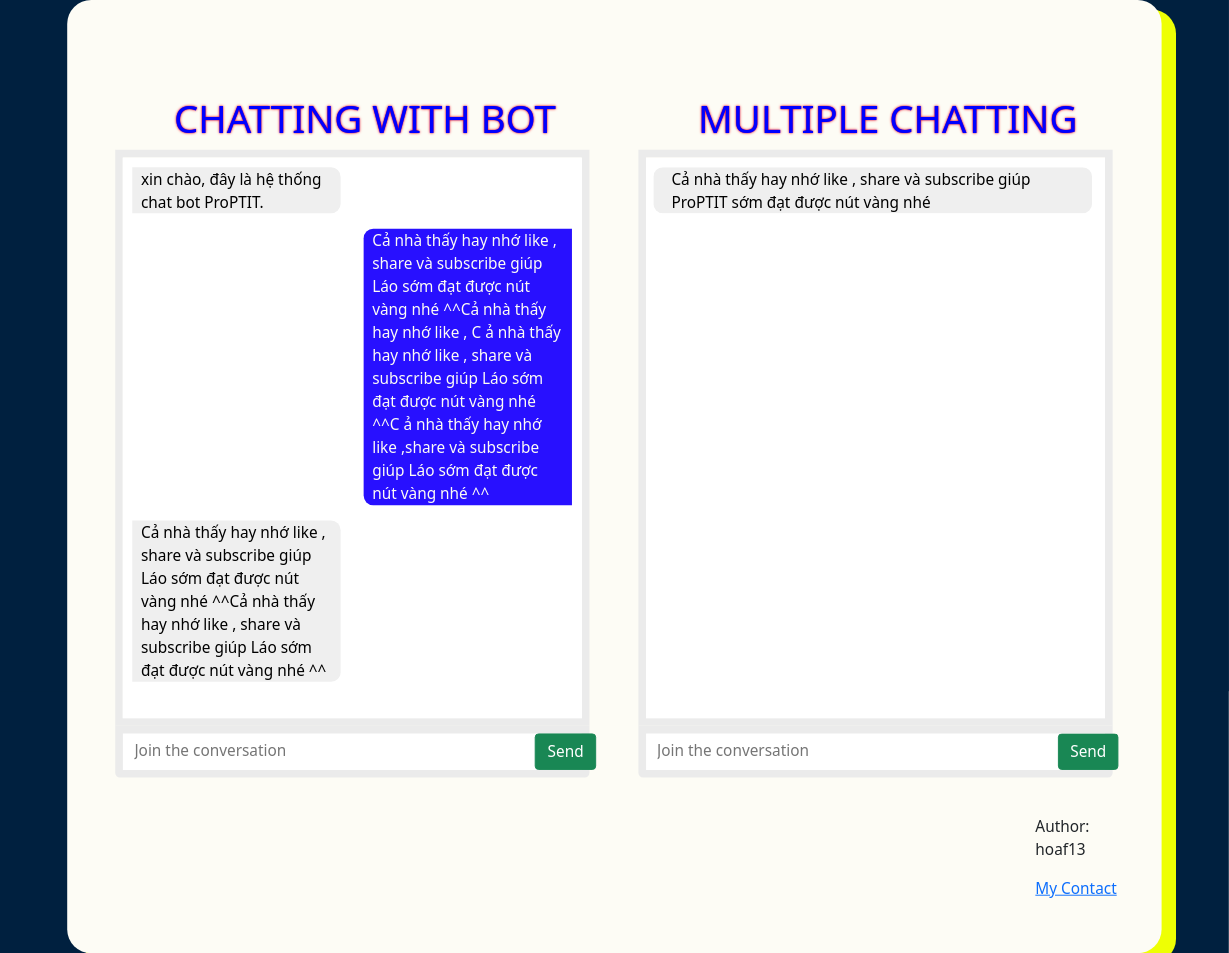
Repository: hoaf13/nlp-chatbot-lol
Page: http://localhost/
These files come from the project's save history. The page is drawn as it stood at one moment and after the next save; the edit follows.
The browser window is 1280 px wide. The pictures show the whole page, at 96% of full size.
Some web libraries are served in a nearby version. The page is served by the project's application, run on Flask 3 (app/__init__.py). Other server files are loaded and not shown.

Above is the page before, as saved 2021-01-24 19:07:48.

### app/templates/pages/index.html
<!DOCTYPE html>
<html>
  <head>
    <meta charset="utf-8">
    <meta name="viewport" content="width=device-width, initial-scale=1">
    <title>Hello</title>
    <script src="https://ajax.googleapis.com/ajax/libs/jquery/2.2.4/jquery.min.js"></script>

    <link rel="stylesheet" type='text/css' href="{{ url_for('static', filename='css/bootstrap.min.css') }}">
    <link rel="stylesheet" type='text/css' href="{{ url_for('static', filename='css/style.css') }}">
  </head>
  <body>

    <script src="//cdnjs.cloudflare.com/ajax/libs/socket.io/2.2.0/socket.io.js" integrity="sha256-yr4fRk/GU1ehYJPAs8P4JlTgu0Hdsp4ZKrx8bDEDC3I=" crossorigin="anonymous"></script>
    <script type="text/javascript" charset="utf-8">

    $(document).ready(function(){
      var socket = io();
      socket.on('connect', function() {
        socket.emit('connected', socket.id);
      });

      $('#send-btn-2').on('click', ()=>{
        socket.emit('client-send-multiple-messages', $('#my-message-2').val())
        $('#my-message-2').val('')
      });

      socket.on('server-send-multiple-messages', (msg) => {
        $('#multi-messages').append('<div class="row"><p class="box3">' + msg + '</p></div>')
        console.log(msg)
      });

      $('#send-btn-1').on('click', ()=>{
        socket.emit('client-send-single-messages', $('#my-message-1').val())
        $('#my-message-1').val('')
      });

      socket.on('server-send-single-messages', (msg) => {
        $('#single-messages').append('<div class="row"><div class="col-sm-6"><p class="float-start box1"></p></div><div class="col-sm-6"><p class="float-end box2">' + msg['client_msg'] + '</p></div></div>')
        $('#single-messages').append('<div class="row"><div class="col-sm-6"><p class="float-start box1">' + msg['server_msg'] + '</p></div><div class="col-sm-6"><p class="float-end box2"></div></div>')
        console.log(msg['client_msg'] + " " + msg['server_msg'])
      });
    });

  </script>

     <div class="container min-100">
        <div class="row">
            <div class="col">
              <h1> <div class="box-title"> CHATTING WITH BOT </div></h1>

              <div id="single-messages" class="box-single-chat">
                <div class="row">
                  <div class="col-sm-6">
                    <p class="float-start box1">
                      xin chào, đây là hệ thống chat bot ProPTIT.
                    </p>
                  </div>
                  <div class="col-sm-6"><p class="float-end box2"></div>
                </div>

                <div class="row">
                    <div class="col-sm-6"><p class="float-start box1"></p></div>
                    <div class="col-sm-6">
                      <p class="float-end box2">Cả nhà thấy hay nhớ like ,
                      share và subscribe giúp Láo sớm đạt được nút vàng nhé ^^Cả nhà thấy hay nhớ like , C
                      ả nhà thấy hay nhớ like , share và subscribe giúp Láo sớm đạt được nút vàng nhé ^^C
                      ả nhà thấy hay nhớ like ,share và subscribe giúp Láo sớm đạt được nút vàng nhé ^^
                      </p>
                      </div>
                </div>

                <div class="row">
                    <div class="col-sm-6"><p class="float-start box1">Cả nhà thấy hay nhớ like , share và subscribe giúp Láo sớm đạt được nút vàng nhé ^^Cả nhà thấy hay nhớ like , share và subscribe giúp Láo sớm đạt được nút vàng nhé ^^</p></div>
                    <div class="col-sm-6"><p class="float-end "></div>
                </div>

              </div> <!--div end box-single-chat -->

              <div class="send-msg">
                <div class="my-box" style="margin-right: -20px; padding-left: 10px;">
                  <input id="my-message-1" style="padding-right: 10px;" type="text" placeholder="Join the conversation" name="single_message" required>
                  <button id="send-btn-1" class="btn btn-success" type="button" >Send</button>
                </div>

            </div>

            </div> <!--div end col-->

            <div class="col">
              <h1> <div class="box-title"> MULTIPLE CHATTING </div></h1>

              <div id = "multi-messages" class="box-single-chat">
                <div class="row">
                  <p class="box3">Cả nhà thấy hay nhớ like , share và subscribe giúp ProPTIT sớm đạt được nút vàng nhé</p>
                </div>
              </div>

              <div class="send-msg">
                  <div class="my-box" style="margin-right: -20px; padding-left: 10px;">
                    <input id="my-message-2" style="padding-right: 10px;" type="text" placeholder="Join the conversation" name="multiple_message" required>
                    <button id="send-btn-2" class="btn btn-success" type="button" >Send</button>
                  </div>

              </div>

            </div>
        </div>
        <div class="space"></br>

        <footer style="padding-left: 90%;">
          <p>Author: hoaf13</p>
          <p><a href="https://www.facebook.com/hoaf13.6/">My Contact</a></p>
        </footer>
     </div>


  </body>
</html>

### app/mod_pages/controllers.py
from flask import Blueprint, flash, render_template, request, session, abort, redirect, url_for
import requests
import os
from app import app

mod_pages = Blueprint('pages', __name__, url_prefix='')


@mod_pages.route("/")
def hello():
    # currentSocketId = request.namespace.socket.sessid
    # print("CurrentSocketID: {}".format(currentSocketId))
    return render_template('pages/index.html')

### app/__init__.py
from flask import Flask, render_template, url_for, redirect
import os

app = Flask(__name__)
app.config.from_object('config')

from app.mod_pages.controllers import mod_pages as pages_module
app.register_blueprint(pages_module)

from flask_sqlalchemy import SQLAlchemy
from flask_migrate import Migrate

db = SQLAlchemy(app)
migrate = Migrate(app, db)

from app import models

@app.errorhandler(404)
def not_found(error):
    return render_template('404.html')

### app/static/css/style.css
html, body {
  height: 100%;
  background-color: #00203fff;
  /* font-size: 20px; */
}

.min-100 {
  background-color: #fdfcf5;
  border-radius: 25px;
  padding: 100px 25px 25px 50px;
  box-shadow: 15px 10px #eeff04;
}

.box-single-chat {
  max-width: 100%;
  height:600px;
  width:95%;
  overflow:auto;
  border:8px solid #ebebeb;
  padding: 2%;
  background-color: #ffffff;
}

.box1{
  background-color: #efefef;
  border-radius: 0 10px 10px 0;
  color: #000000;
  padding-left: 4%;
  padding-right: 4%;
  /* max-width: 100%; */
}

.space{
  padding: 15px 0px 15px 0px;
}

.box2{
  background-color: #2810ff;
  border-radius: 10px 0px 0px 10px;
  color: #fdfcf5;
  padding-left: 4%;
  padding-right: 4%;
  /* max-width: 100%; */
}

.box3{
  background-color: #efefef;
  color: #000000;
  /* background-image: linear-gradient(to right, rgb(156, 5, 156), rgb(0, 0, 255)); */
  border-radius: 10px 10px 10px 10px;
  padding-left: 4%;
  padding-right: 4%;
  margin-left: 2%;
  width: 95%;
}

.box-title{
  display: flex;
  justify-content: center;
  text-shadow: 0 0 3px #FF0000, 0 0 1px #0000FF;
  color: blue;
}

.send-msg{
  background-color: #ffffff;
  width: 95%;
  border:8px solid #ebebeb;
  border-radius: 0 0 5px 5px;
  padding-right: -25px;
}

input{
  border: none;
  width: 85%;
}

textarea:focus, input:focus{
  outline: none;
}

### app/templates/404.html
<!DOCTYPE html>
<html lang="en">
<head>
    <meta charset="UTF-8">
    <meta name="viewport" content="width=device-width, initial-scale=1.0">
    <title>404 NOT FOUND</title>
</head>
<body>
    <div id="message">
      <h2>404</h2>
      <h1>Page Not Found</h1>
      <p>The specified file was not found on this website. Please check the URL for mistakes and try again.</p>
    </div>
</body>
</html>

Loaded but not shown: app/static/css/bootstrap.min.css (library)

After the next save:
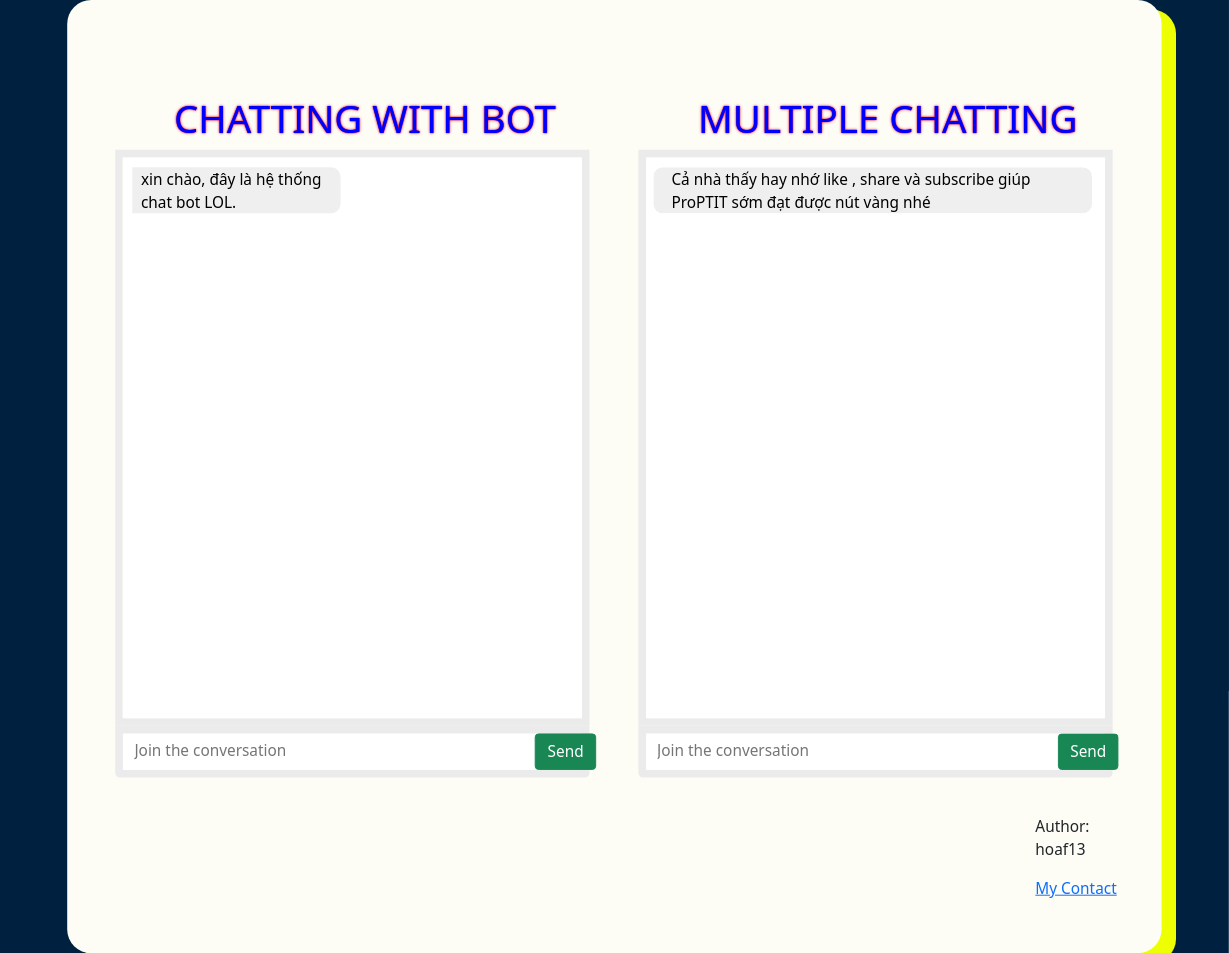
Saved 33 s later.
--- a/app/templates/pages/index.html
+++ b/app/templates/pages/index.html
@@ -53,7 +53,7 @@
                 <div class="row">
                   <div class="col-sm-6">
                     <p class="float-start box1">
-                      xin chào, đây là hệ thống chat bot ProPTIT.
+                      xin chào, đây là hệ thống chat bot LOL.
                     </p>
                   </div>
                   <div class="col-sm-6"><p class="float-end box2"></div>
@@ -61,17 +61,6 @@
 
                 <div class="row">
                     <div class="col-sm-6"><p class="float-start box1"></p></div>
-                    <div class="col-sm-6">
-                      <p class="float-end box2">Cả nhà thấy hay nhớ like ,
-                      share và subscribe giúp Láo sớm đạt được nút vàng nhé ^^Cả nhà thấy hay nhớ like , C
-                      ả nhà thấy hay nhớ like , share và subscribe giúp Láo sớm đạt được nút vàng nhé ^^C
-                      ả nhà thấy hay nhớ like ,share và subscribe giúp Láo sớm đạt được nút vàng nhé ^^
-                      </p>
-                      </div>
-                </div>
-
-                <div class="row">
-                    <div class="col-sm-6"><p class="float-start box1">Cả nhà thấy hay nhớ like , share và subscribe giúp Láo sớm đạt được nút vàng nhé ^^Cả nhà thấy hay nhớ like , share và subscribe giúp Láo sớm đạt được nút vàng nhé ^^</p></div>
                     <div class="col-sm-6"><p class="float-end "></div>
                 </div>
 
